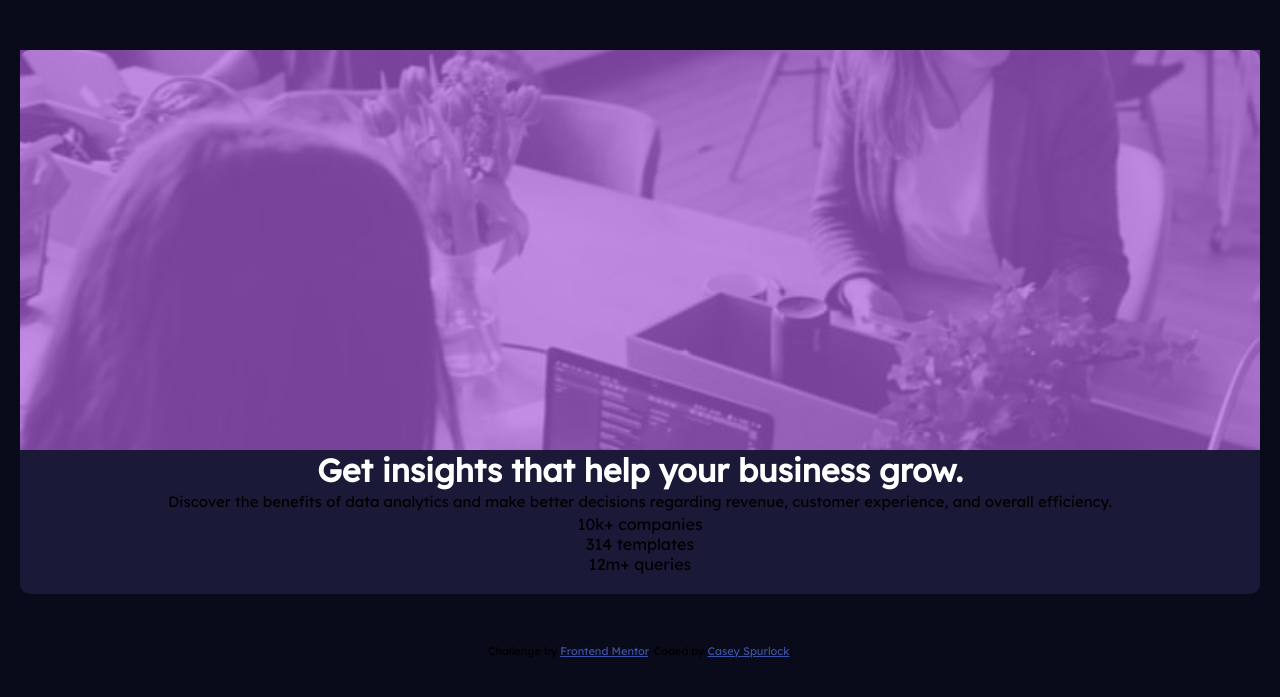
Repository: CaseySpurlock/stats-prewiew-component
Page: index.html
The author's editor kept a copy of each file at every save. The page is drawn from the files as they stood at one save, then again after the next save.
The browser window is 1280 px wide. The pictures show the whole page.

Above is the page before, as saved 2021-06-22 01:18:44.

### index.html
<!DOCTYPE html>
<html lang="en">
<head>
  <meta charset="UTF-8">
  <meta name="viewport" content="width=device-width, initial-scale=1.0"> <!-- displays site properly based on user's device -->

  <link rel="icon" type="image/png" sizes="32x32" href="./images/favicon-32x32.png">

  <title>Frontend Mentor | Stats preview card component</title>

  <link rel="stylesheet" href="styles.css">
  <link rel="preconnect" href="https://fonts.googleapis.com">
  <link rel="preconnect" href="https://fonts.gstatic.com" crossorigin>
  <link href="https://fonts.googleapis.com/css2?family=Inter:wght@400;700&family=Lexend+Deca&display=swap" rel="stylesheet">

</head>

<body>

  <div class="container">
    <div class="card picture">
      <div class="overlay"></div>
    </div>
      <div class="card">
        <h1>Get insights that help your business grow.</h1>
      <p>Discover the benefits of data analytics and make better decisions regarding revenue, customer
        experience, and overall efficiency.</p>
        <ul>
          <li>10k+ companies</li>
          <li>314 templates</li>
          <li>12m+ queries</li>
        </ul>
      </div>
      </div>








  <div class="attribution">
    Challenge by <a href="https://www.frontendmentor.io?ref=challenge" target="_blank">Frontend Mentor</a>.
    Coded by <a href="#">Casey Spurlock</a>.
  </div>
</body>
</html>

### styles.css
:root {
    --Very-dark-blue: hsl(233, 47%, 7%);
    --Dark-desaturated-blue: hsl(244, 38%, 16%);
    --Soft-violet: hsl(277, 64%, 61%);
    --White: hsl(0, 0%, 100%);
    --Slightly-transparent -white: hsla(0, 0%, 100%, 0.75);
    --Slightly-transparent-white: hsla(0, 0%, 100%, 0.6);
}

* {
    margin: 0;
    padding: 0;
    box-sizing: border-box;
}

img {
    max-width: 100%;
}

ul {
    list-style-type: none;
}

body {
    font-family: "lexend deca", sans-serif;
    background-color: var(--Very-dark-blue);
}

p {
    font-size: 15px;
    line-height: 1.6;
}

.container {
    background-color: var(--Dark-desaturated-blue);
    margin: 50px 20px;
    padding: 0 0 20px;
    border-radius: 10px;
    text-align: center;
}

.container .picture  {
    background: url(./images/image-header-mobile.jpg)
    no-repeat center/cover;
    height: 400px;
    border-radius: 10px 10px 0 0;
}

.container .picture .overlay {
    background-color: hsla(277, 64%, 61%, .7);
    height: 400px;
}

.container .picture {
    border-radius: 10px 10px 0 0;
}

.container .card h1 {
    color: var(--White);
}

.attribution {
    font-size: 11px;
    text-align: center;
}
.attribution a {
    color: hsl(228, 45%, 44%);
}

After the next save:
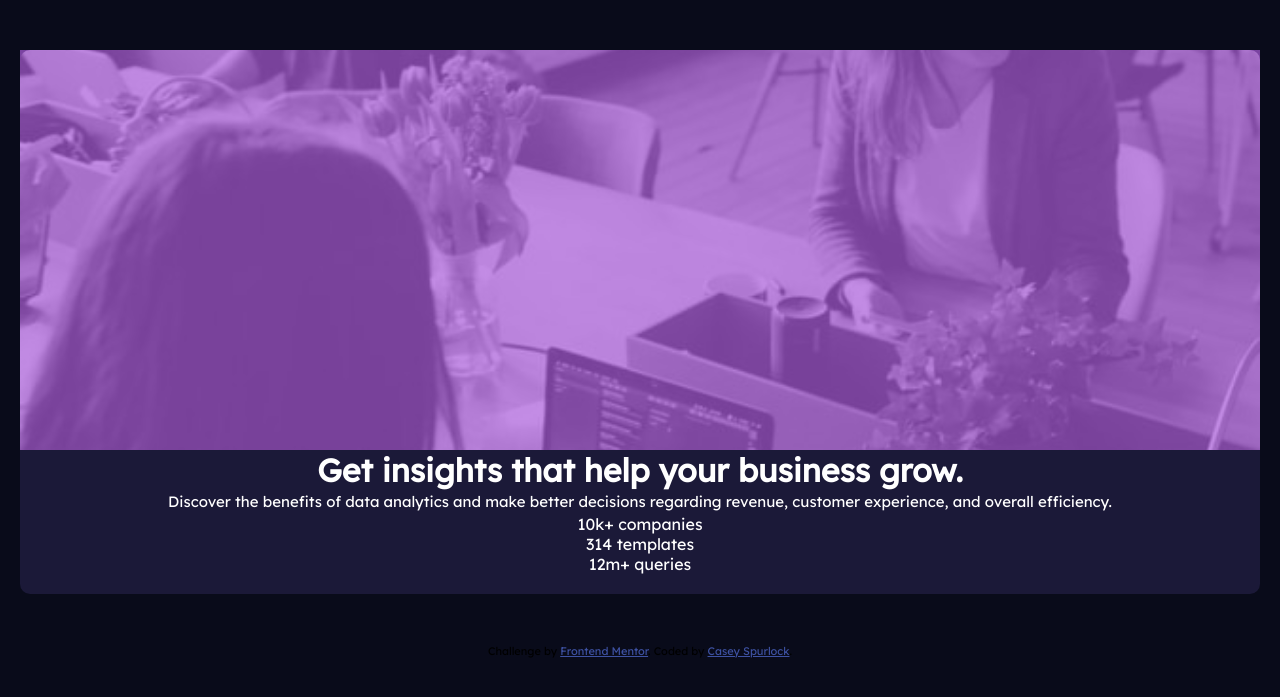
Saved 38 s later.
--- a/styles.css
+++ b/styles.css
@@ -33,6 +33,7 @@
 
 .container {
     background-color: var(--Dark-desaturated-blue);
+    color: var(--White);
     margin: 50px 20px;
     padding: 0 0 20px;
     border-radius: 10px;
@@ -56,7 +57,7 @@
 }
 
 .container .card h1 {
-    color: var(--White);
+
 }
 
 .attribution {
